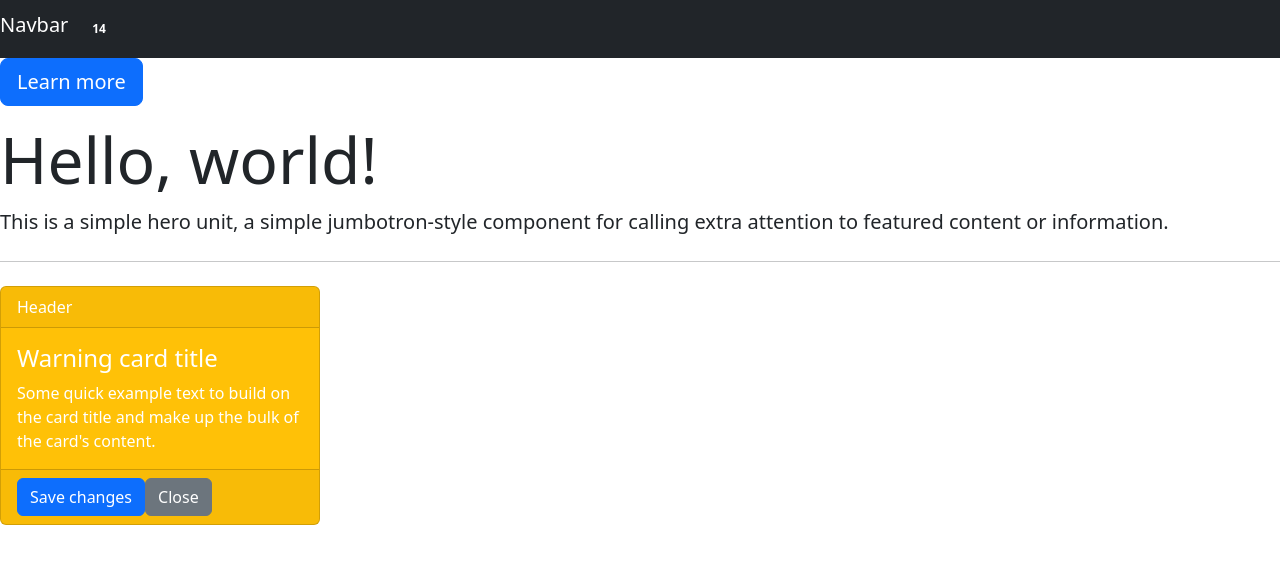
Repository: hasmelash/gitskill
Page: /
The author's editor kept a copy of each file at every save. The page is drawn from the files as they stood at one save, then again after the next save.
The browser window is 1280 px wide. The pictures show the whole page.
The project was rebuilt for these pictures with package versions that can differ from the ones it lists, and the page was loaded fresh each time. Also part of the build but not shown: src/App.css.

Above is the page before, as saved 2019-08-29 23:29:39.

After the next save:
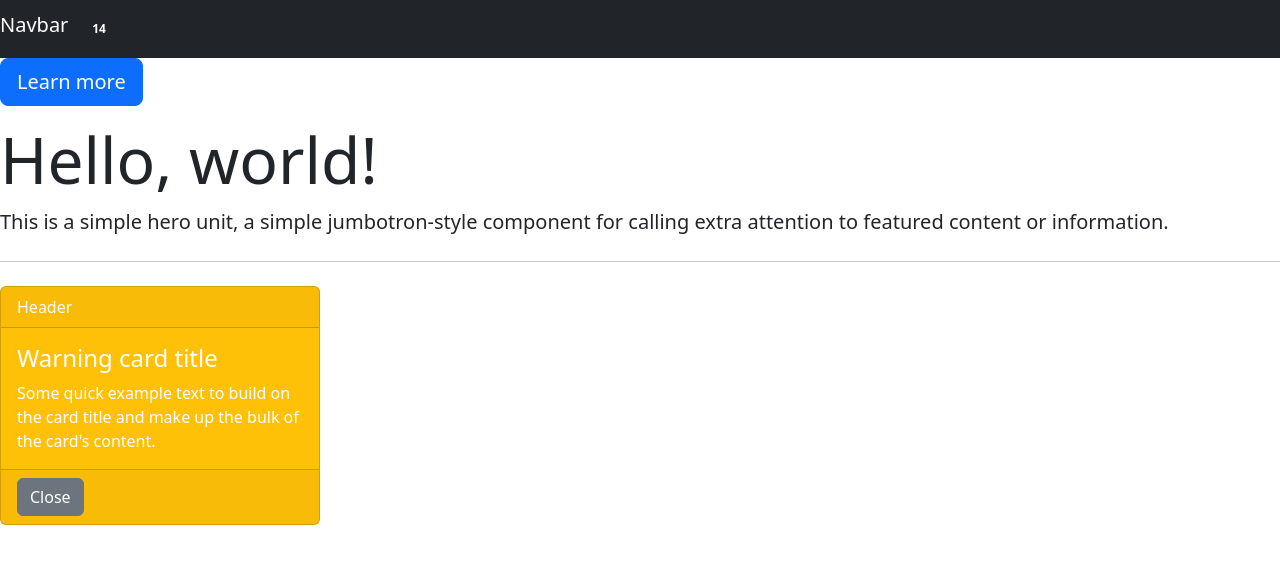
Saved 34 s later.
--- a/src/NoteComponent/NoteComponent.js
+++ b/src/NoteComponent/NoteComponent.js
@@ -12,7 +12,6 @@ class Note extends React.Component{
                         <p class="card-text">Some quick example text to build on the card title and make up the bulk of the card's content.</p>
                     </div>
                 <div class="card-footer">
-                    <button type="button" class="btn btn-primary">Save changes</button>
                     <button type="button" class="btn btn-secondary" data-dismiss="modal">Close</button>
                 </div>
             </div>
